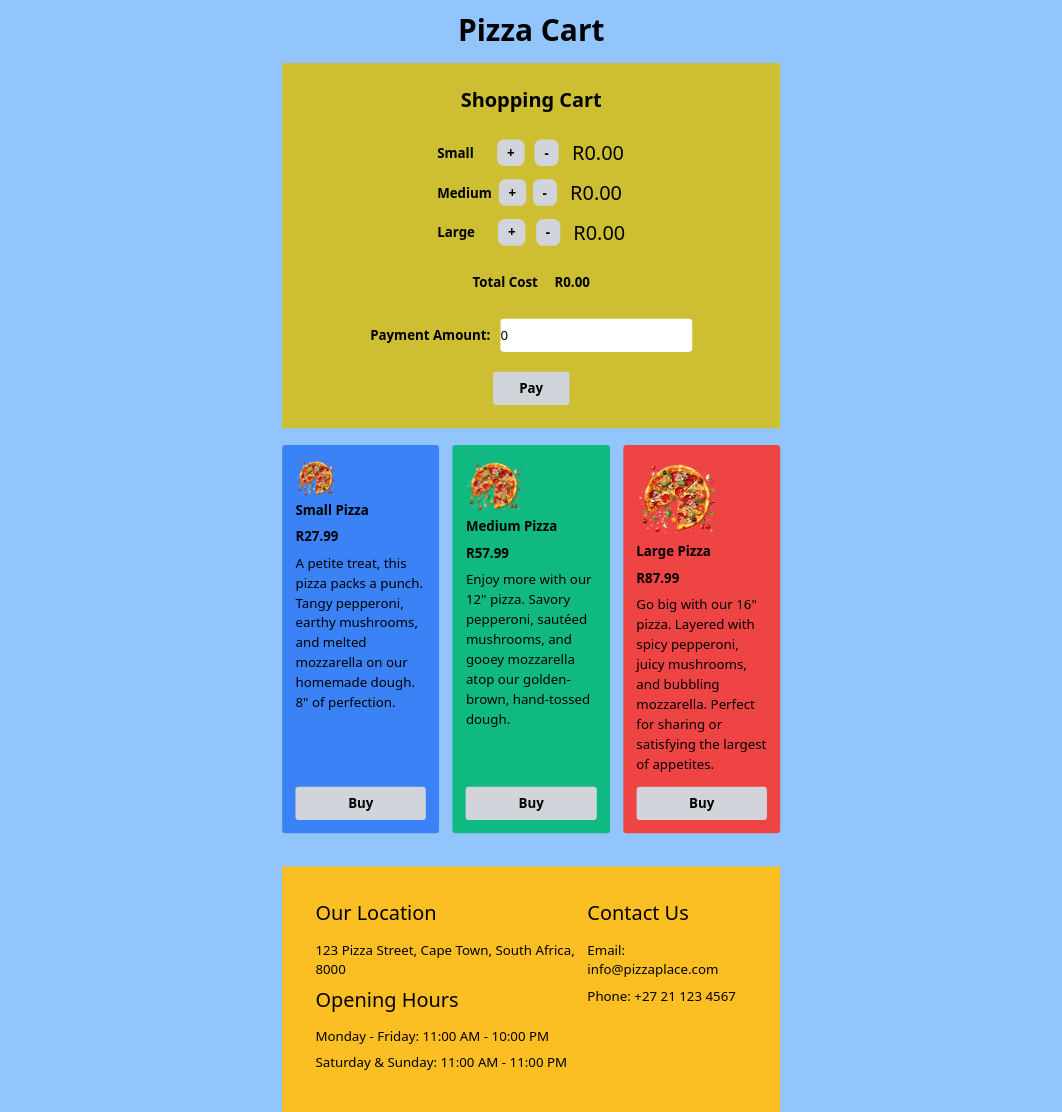
Repository: lasity34/pizza_cart
Page: index.html
These files come from the project's save history. The page is drawn as it stood at one moment and after the next save; the edit follows.
The browser window is 1280 px wide. The pictures show the whole page, at 83% of full size.
Some web libraries are served in a nearby version.

Above is the page before, as saved 2023-07-11 12:26:33.

After the next save:
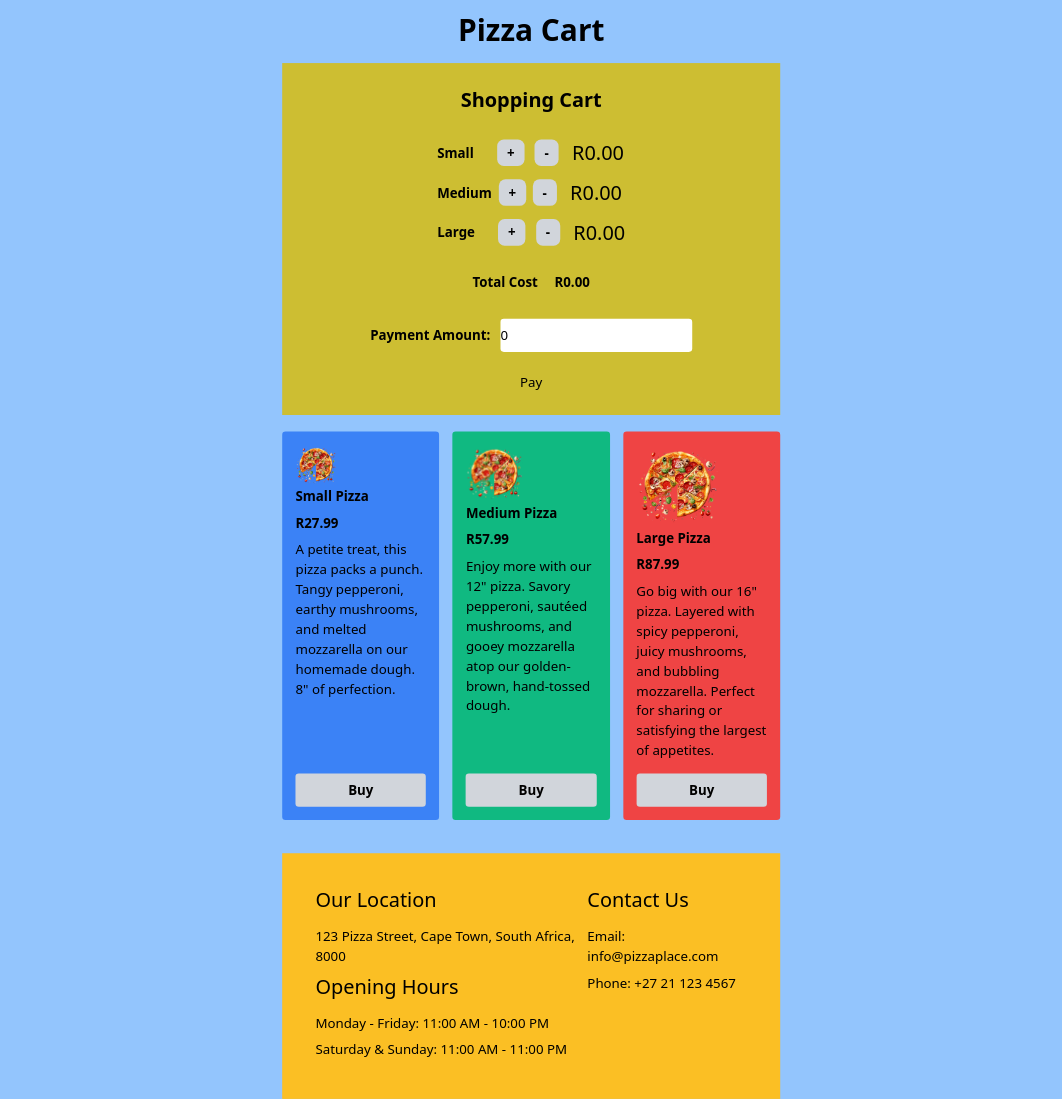
Console error: SyntaxError: Unexpected token '='
Saved 26 s later.
--- a/index.html
+++ b/index.html
@@ -95,11 +95,12 @@
           <p class="text-red-600 font-bold" x-text="message"></p>
         </div>
         <div class="mt-4">
-          <label class="font-bold" @click="paymentTotal()">Payment Amount:</label>
+          <label class="font-bold" ">Payment Amount:</label>
           <input type="number" step="0.01" class="rounded ml-2 py-2" x-model="paymentAmount" />
         </div>
         <div class="mt-6">
           <button
+          @click="paymentTotal()
             class="bg-gray-300 hover:bg-gray-400 py-2 px-8 rounded font-bold"
           >
             Pay

After the save that followed:
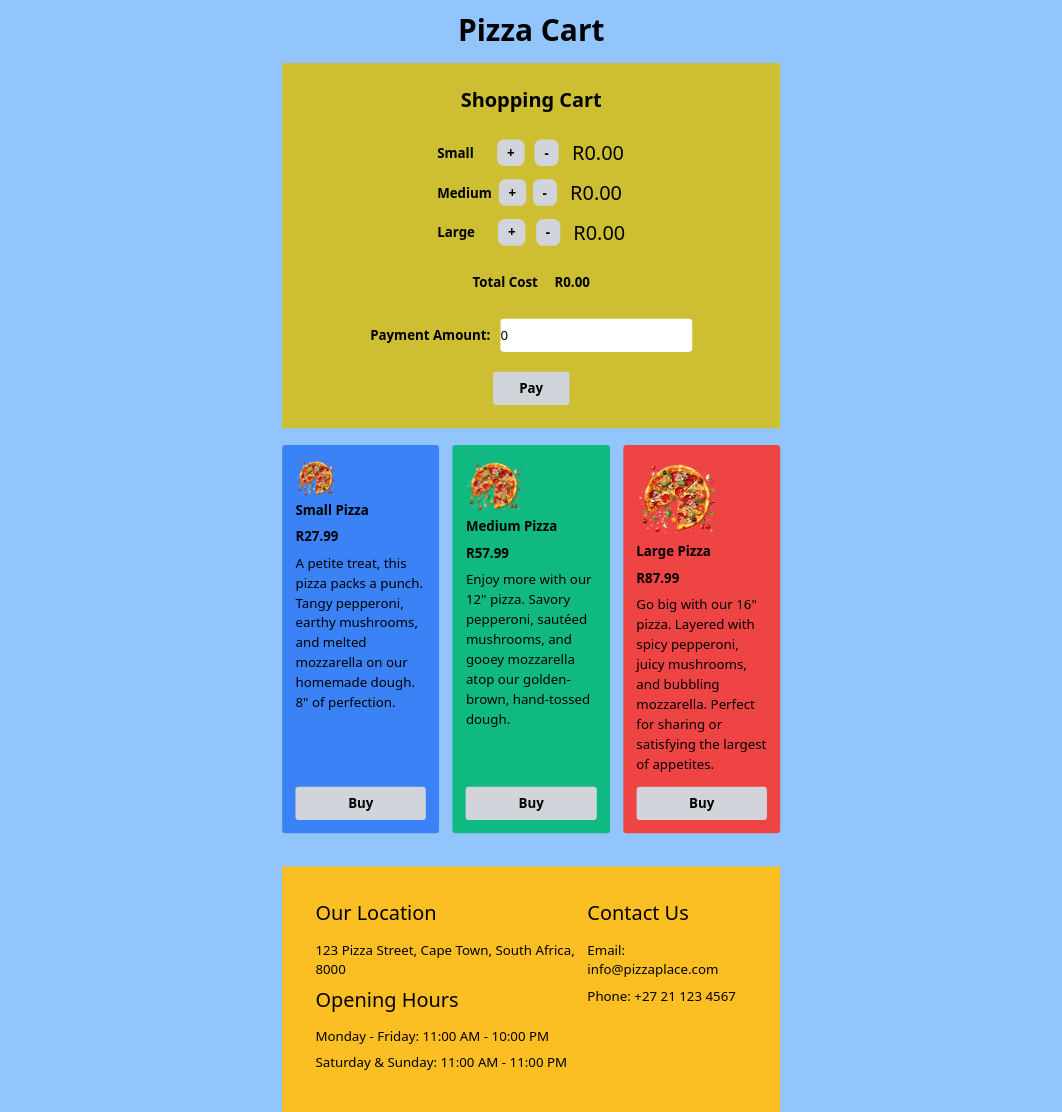
The error is gone.
Saved 35 s later.
--- a/index.html
+++ b/index.html
@@ -95,12 +95,12 @@
           <p class="text-red-600 font-bold" x-text="message"></p>
         </div>
         <div class="mt-4">
-          <label class="font-bold" ">Payment Amount:</label>
+          <label class="font-bold">Payment Amount:</label>
           <input type="number" step="0.01" class="rounded ml-2 py-2" x-model="paymentAmount" />
         </div>
         <div class="mt-6">
           <button
-          @click="paymentTotal()
+          @click="paymentTotal()"
             class="bg-gray-300 hover:bg-gray-400 py-2 px-8 rounded font-bold"
           >
             Pay
